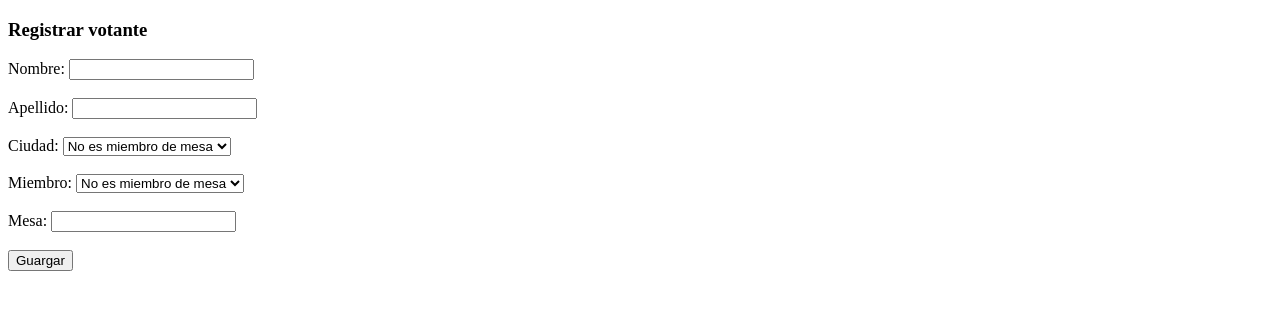
Repository: quino22/ulasalle
Page: ev3-70391273/war/registrar.html
The author's editor kept a copy of each file at every save. The page is drawn from the files as they stood at one save, then again after the next save.
The browser window is 1280 px wide. The pictures show the whole page.

Above is the page before, as saved 2016-11-04 21:26:52.

### ev3-70391273/war/registrar.html
<!DOCTYPE html>
<html>
<head>
<meta charset="UTF-8">
<title>Registrar</title>
</head>
<body>
<h3>Registrar votante</h3>
<form action="/registrar" method="post">
Nombre: <input type="text" name="nombre">
<br><br>
Apellido: <input type="text" name="apellido">
<br><br>

Ciudad:
<select name="miembro">
	<option value="no">No es miembro de mesa</option>
	<option value="si">Si en miembro de mesa</option>
</select>
<br><br>

Miembro:
<select name="miembro">
	<option value="no">No es miembro de mesa</option>
	<option value="si">Si en miembro de mesa</option>
</select>
<br><br>
Mesa: <input type="text" name="mesa">
<br><br>
<input type="submit" value="Guargar">
</form>
</body>
</html>

After the next save:
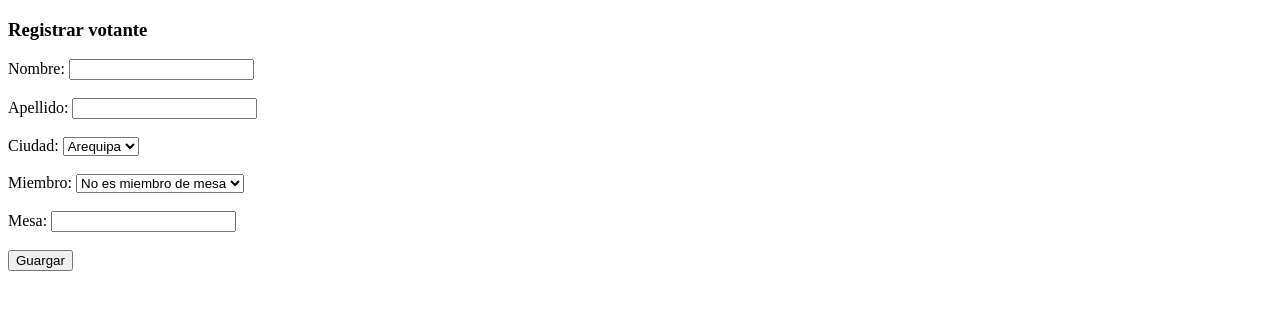
Saved 46 s later.
--- a/ev3-70391273/war/registrar.html
+++ b/ev3-70391273/war/registrar.html
@@ -13,9 +13,10 @@ Apellido: <input type="text" name="apellido">
 <br><br>
 
 Ciudad:
-<select name="miembro">
-	<option value="no">No es miembro de mesa</option>
-	<option value="si">Si en miembro de mesa</option>
+<select name="ciudad">
+	<option value="aqp">Arequipa</option>
+	<option value="lima">Lima</option>
+	<option value="cuz">Cuzco</option>
 </select>
 <br><br>
 
